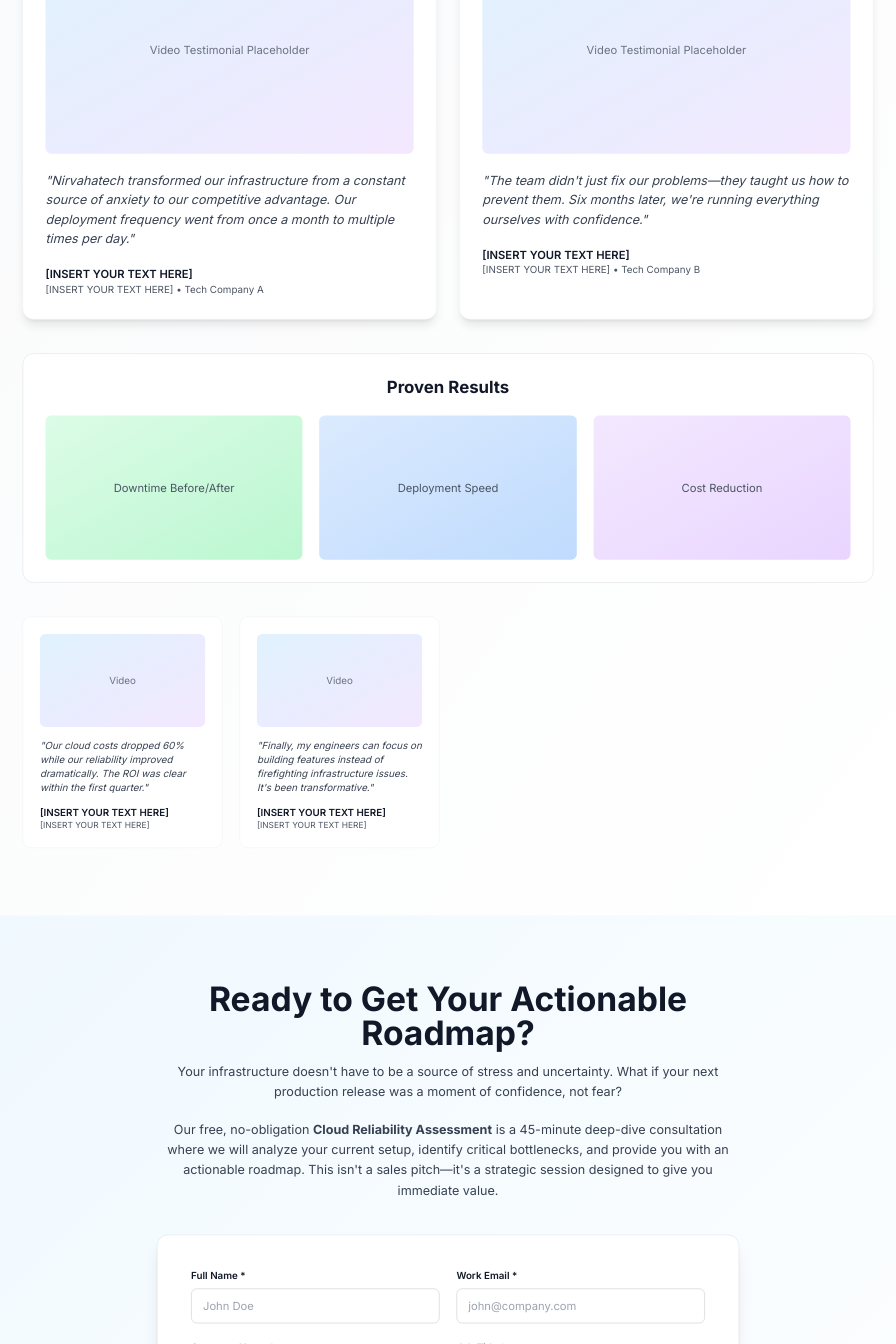
Repository: nirvaha-tech/nirva-monorepo
Page: / (app in frontend/)
The author's editor kept a copy of each file at every save. The page is drawn from the files as they stood at one save, then again after the next save.
The browser window is 1280 px wide. The pictures show the part of the page from y = 4461 to 6381 px (the page is 7354 px tall before and 7462 px after), at 70% of full size.
The project was rebuilt for these pictures with package versions that can differ from the ones it lists, and the page was loaded fresh each time. The framework's server and built-in components were replaced by stand-ins that run in the browser. Also part of the build but not shown: frontend/next.config.js.

Above is the page before, as saved 2025-11-14 22:32:44.

After the next save:
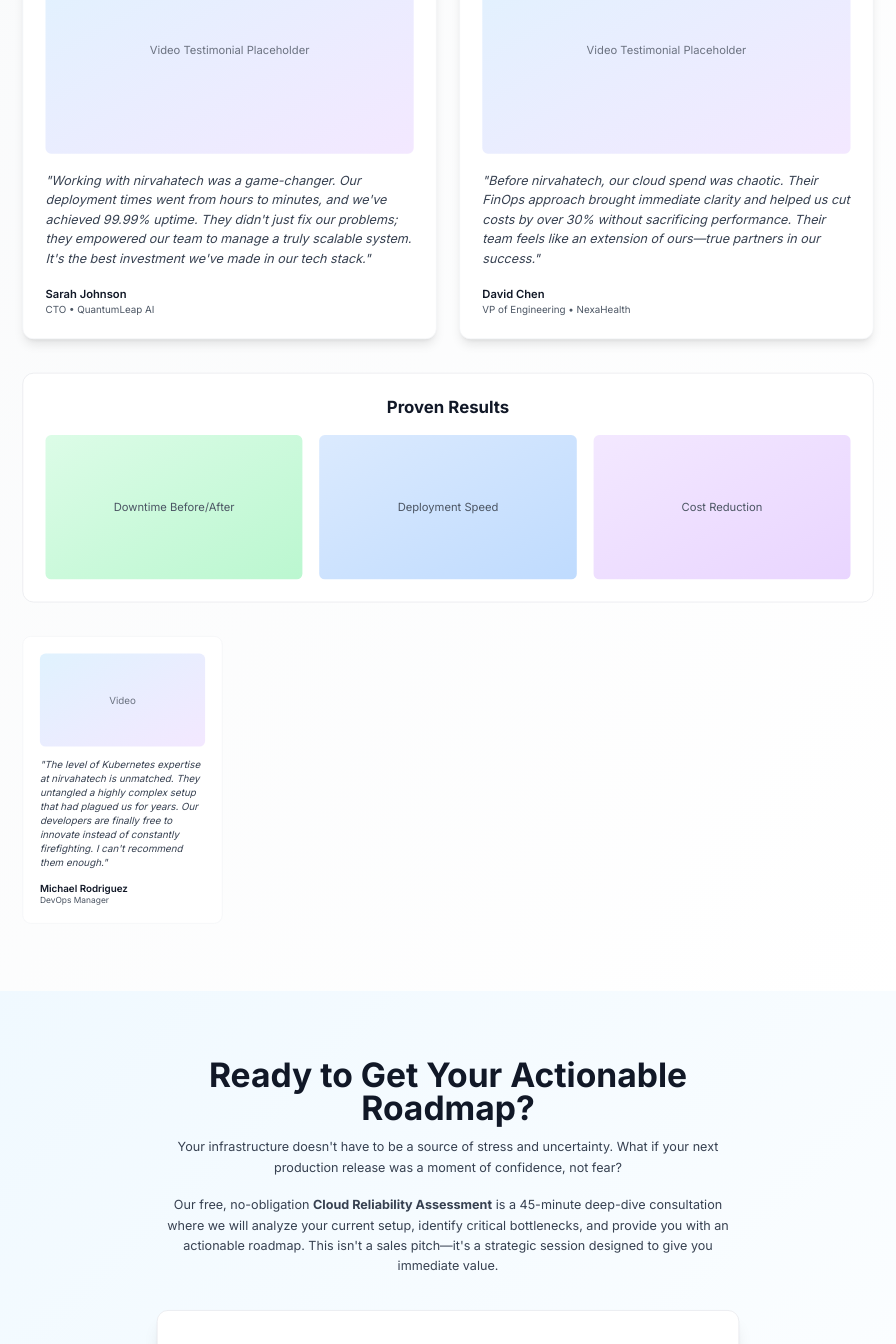
Saved 3 min 19 s later.
--- a/frontend/src/components/Testimonials.tsx
+++ b/frontend/src/components/Testimonials.tsx
@@ -1,34 +1,27 @@
-import { Quote } from "lucide-react";
+import { Quote, User } from "lucide-react";
 
 export function Testimonials() {
   const testimonials = [
     {
       quote:
-        "Nirvahatech transformed our infrastructure from a constant source of anxiety to our competitive advantage. Our deployment frequency went from once a month to multiple times per day.",
-      name: "[INSERT YOUR TEXT HERE]",
-      title: "[INSERT YOUR TEXT HERE]",
-      company: "Tech Company A",
+        "Working with nirvahatech was a game-changer. Our deployment times went from hours to minutes, and we've achieved 99.99% uptime. They didn't just fix our problems; they empowered our team to manage a truly scalable system. It's the best investment we've made in our tech stack.",
+      name: "Sarah Johnson",
+      title: "CTO",
+      company: "QuantumLeap AI",
     },
     {
       quote:
-        "The team didn't just fix our problems—they taught us how to prevent them. Six months later, we're running everything ourselves with confidence.",
-      name: "[INSERT YOUR TEXT HERE]",
-      title: "[INSERT YOUR TEXT HERE]",
-      company: "Tech Company B",
+        "Before nirvahatech, our cloud spend was chaotic. Their FinOps approach brought immediate clarity and helped us cut costs by over 30% without sacrificing performance. Their team feels like an extension of ours—true partners in our success.",
+      name: "David Chen",
+      title: "VP of Engineering",
+      company: "NexaHealth",
     },
     {
       quote:
-        "Our cloud costs dropped 60% while our reliability improved dramatically. The ROI was clear within the first quarter.",
-      name: "[INSERT YOUR TEXT HERE]",
-      title: "[INSERT YOUR TEXT HERE]",
-      company: "Tech Company C",
-    },
-    {
-      quote:
-        "Finally, my engineers can focus on building features instead of firefighting infrastructure issues. It's been transformative.",
-      name: "[INSERT YOUR TEXT HERE]",
-      title: "[INSERT YOUR TEXT HERE]",
-      company: "Tech Company D",
+        "The level of Kubernetes expertise at nirvahatech is unmatched. They untangled a highly complex setup that had plagued us for years. Our developers are finally free to innovate instead of constantly firefighting. I can't recommend them enough.",
+      name: "Michael Rodriguez",
+      title: "DevOps Manager",
+      company: "AID Genomics",
     },
   ];
 
